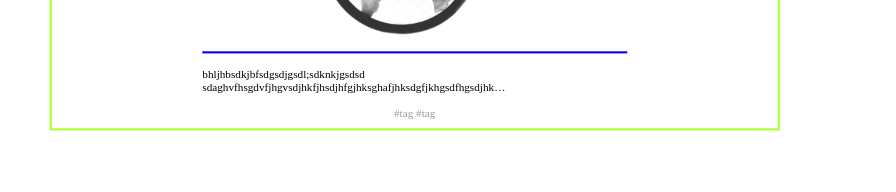
Repository: Batyr2024/NewsSite-Frontend-React-Redux-
Page: /
The author's editor kept a copy of each file at every save. The page is drawn from the files as they stood at one save, then again after a run of saves.
The browser window is 1280 px wide. The pictures show the part of the page from y = 446 to 2366 px (the page is 720 px tall before and 3414 px after), at 70% of full size.
The project was rebuilt for these pictures with package versions that can differ from the ones it lists, and the page was loaded fresh each time. Also part of the build but not shown: src/App.css.

Above is the page before, as saved 2024-05-20 16:31:54.

### src/App.tsx
import { NavBarDefault } from './components/NavBar/nav-bar.component';
import './App.css';
import PostComponent from './components/Post/post.component';

function App() {
  return (
    <div className="App">
      <NavBarDefault/>
      <PostComponent/>
    </div>
  );
}

export default App;

### src/components/NavBar/nav-bar.component.tsx
import './nav-bar.style.css'
function NavBarDefault() {
    return (
        <header className="nav-bar">
            <div className="general-page">
                <img className="nav-bar__image" src={require('../../assets/news-icon.png')}></img>
            </div>
            <h1>General</h1>
            <div className="sign-panel">
                <span className="sign-in">Sign In</span>
                <span className="sign-up">Sign Up</span>
            </div>
        </header>
    )
}

export { NavBarDefault }

### src/components/Post/post.component.tsx
import './post.style.css'

function PostComponent(){
    return(
        <div className="post">
        <header className="post__head"><h2>SQL</h2></header>
        <img className="post__image" src={require('../../assets/news-icon.png')}/>
        <div className="post__text">bhljhbsdkjbfsdgsdjgsdl;sdknkjgsdsd sdaghvfhsgdvfjhgvsdjhkfjhsdjhfgjhksghafjhksdgfjkhgsdfhgsdjhk sdjhgfjkhsdgafhkgsadjkhfgsjhadgfjhasgdjkfgasdjhfghksdgfkgsadjkhfgsa sdhgfskadgfasdgfweyuitqwe ergoidfhijgnhdfhuibgushdfbghudsbfughbsdhifubgusdfbhghudfbhusgbusdfhbghuidnfshuignhndhsfunghu dfsbghudsfbghudfhuigeu8wbw8eurbng8uwebh8rg brgbwe78y rbeu8gbneu8rhwbgn8uwehbgyueb r8ubguernmg9winweri</div>
        <div className="post__tags">#tag #tag</div>
        </div>
    )
}

export default PostComponent;

### src/components/NavBar/nav-bar.style.css
body{
  padding: 0%;
}

.nav-bar{
    margin: 0%;
    position: relative;
    display: flex;
    background-color: rgb(9, 96, 177);
    align-items: center;
    justify-content: space-between;
  }

  .sign-panel{
    display: flex;
    white-space: nowrap;
    margin:1%;
    margin-right: 7%;
  }

  .sign-panel>div{
    width: max-content;

  }

  h1{
    display: inline-block;
    position: relative;
    transform: translate(50% 50%);
    right: 25%;
    color: azure;

  }

  .sign-up{
    background-color: rgb(233, 126, 183);
  }

  span{
    margin: 2%;
    text-wrap: nowrap;
    font-size: 120%;
    border-radius: 10%;
    background-color: azure;
    word-wrap: nowrap;
    padding: 12%;
  }

  .nav-bar__image{
    margin-left: 3%;
    width: 12%;
    height: 12%;

  }

### src/components/Post/post.style.css
.post{
    display: flex;
    flex-direction: column;
    justify-content: center;
    align-items: center;
    border: solid greenyellow;
    max-height: 60%;
    margin: 5%;
    padding: 1%;
    max-width: 80%;
}
.post__head{
    display: flex;
    justify-content: center;
}
.post__image{
    max-width: 40%;
    max-height: 40%;
}
.post__text{
    width: 60%;
    display: -webkit-box;
    -webkit-line-clamp: 2;
    -webkit-box-orient: vertical;
    overflow: hidden;
    text-overflow: clip;
    border-top: solid blue;
    padding-top: 2%;
}
.post__tags{
    color: rgba(0, 0, 0, 0.397);
    margin-top: 2%;
    width: max-content;
}

Loaded but not shown: public/index.html (common file); src/index.tsx (common file); src/reportWebVitals.ts (common file); src/index.css (no stored copy; drawn as an empty file)

After the next 2 saves:
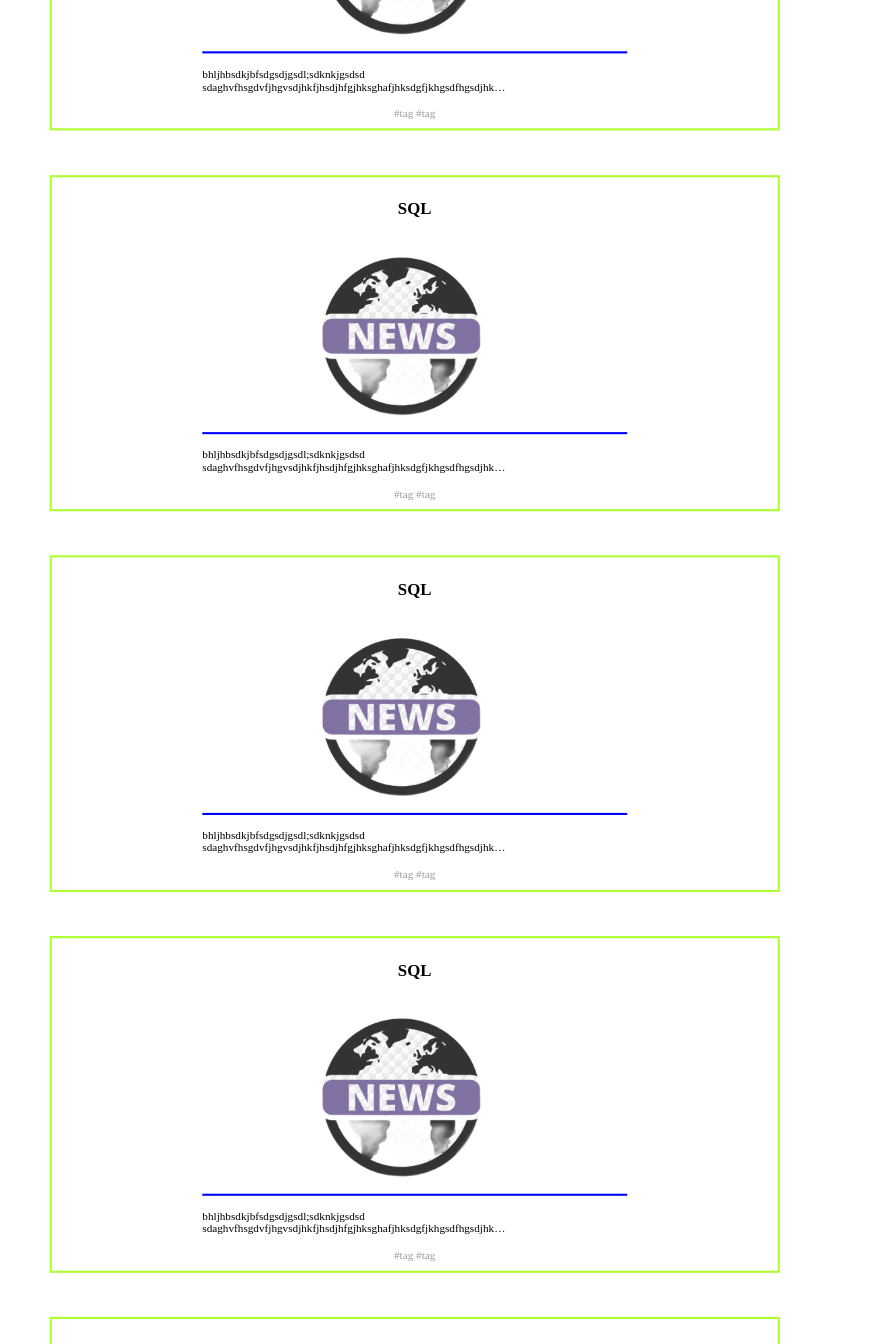
The 2 saves are shown as one change because they came seconds apart.
The last was saved 31 s later.
--- a/src/App.tsx
+++ b/src/App.tsx
@@ -7,6 +7,11 @@
     <div className="App">
       <NavBarDefault/>
       <PostComponent/>
+      <PostComponent/>
+      <PostComponent/>
+      <PostComponent/>
+      <PostComponent/>
+      <PostComponent/>
     </div>
   );
 }
